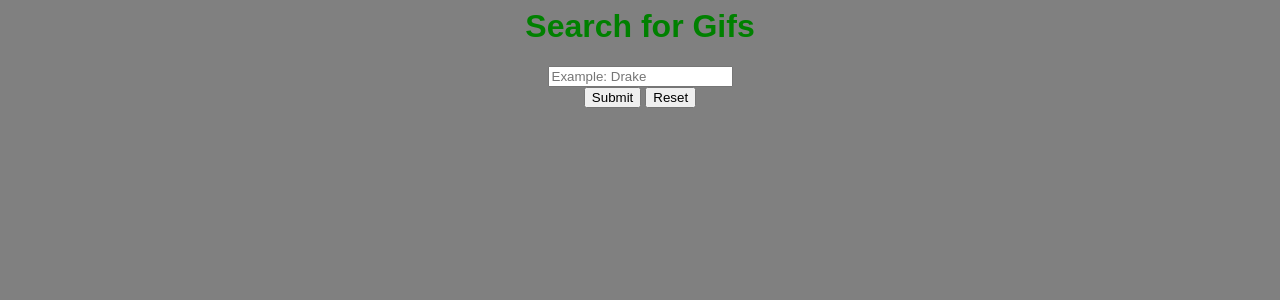
Repository: iuLIKEme/theworld
Page: giphy/index4.html
The author's editor kept a record of every edit. The page is drawn from the files as they stood at one moment, then again after the next edit.
The browser window is 1280 px wide. The pictures show the whole page.

Above is the page before.

After the next edit:
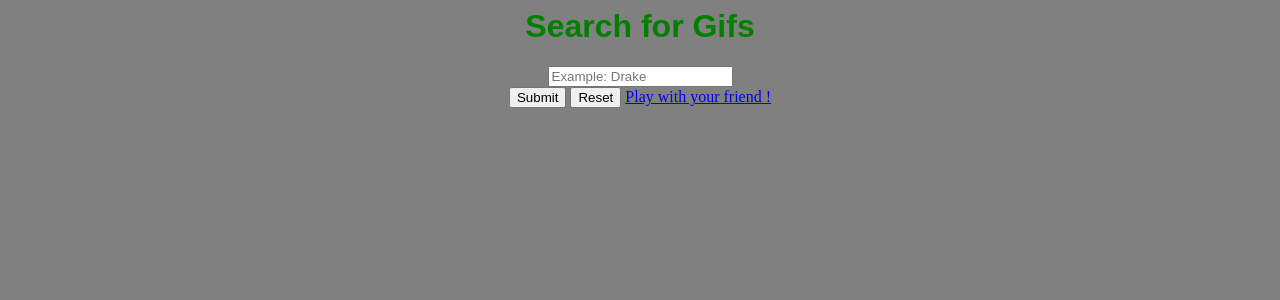
The edit:
--- a/giphy/index4.html
+++ b/giphy/index4.html
@@ -28,7 +28,7 @@
 
     <button class="submit" onclick="search()">Submit</button>
     <button class="reset">Reset</button>
-
+    <a href="index4.html" class="btn btn-warning" role="button">Play with your friend !</a>
   </div>
 
 
